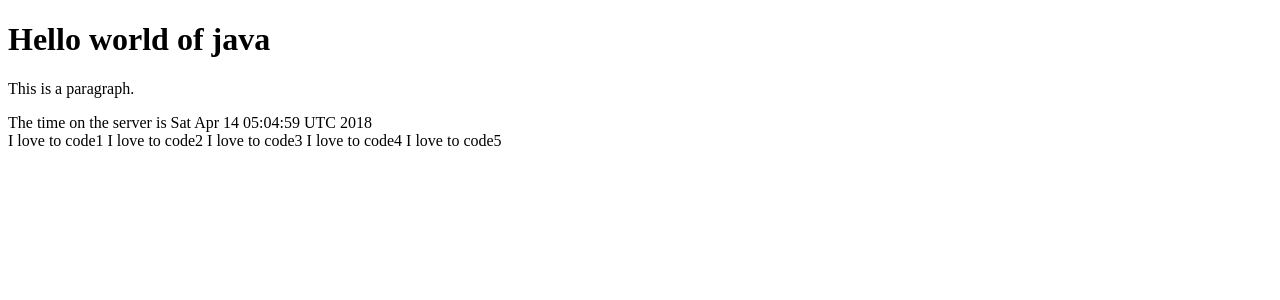
Repository: nishan1281/Java-training
Page: http://localhost/helloworld/helloworld.jsp
The author's editor kept a copy of each file at every save. The page is drawn from the files as they stood at one save, then again after the next save.
The browser window is 1280 px wide. The pictures show the whole page.
The page is served by Tomcat 9. Other server files are loaded and not shown.

Above is the page before, as saved 2018-04-14 05:06:05.

### springProject/helloworld/WebContent/helloworld.jsp
<!DOCTYPE html>
<html>
<head>
<title>Hello world</title>
</head>
<body>

<h1>Hello world of java</h1>
<p>This is a paragraph.</p>

The time on the server is <%= new java.util.Date() %>
<br/>

<%
  for (int i = 1; i<=5; i++)
    {
	out.println("I love to code" + i);
    }
%>


</body>
</html>

After the next save:
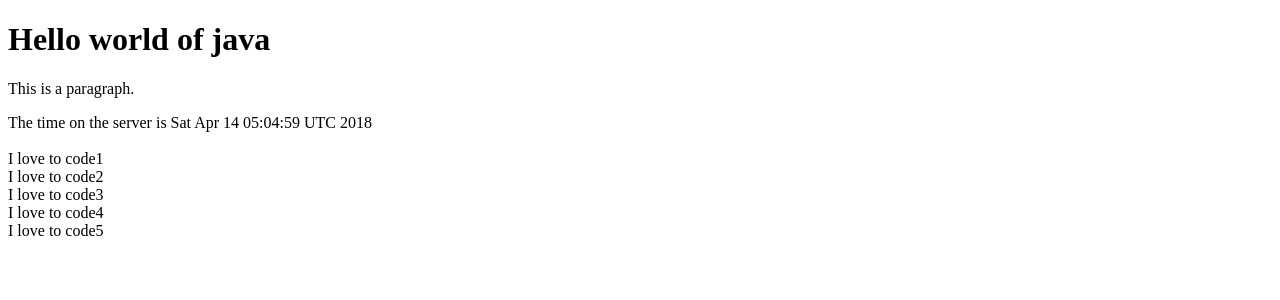
Saved 4 min 1 s later.
--- a/springProject/helloworld/WebContent/helloworld.jsp
+++ b/springProject/helloworld/WebContent/helloworld.jsp
@@ -14,7 +14,7 @@ The time on the server is <%= new java.util.Date() %>
 <%
   for (int i = 1; i<=5; i++)
     {
-	out.println("I love to code" + i);
+	out.print("<br/> I love to code" + i);
     }
 %>
 
